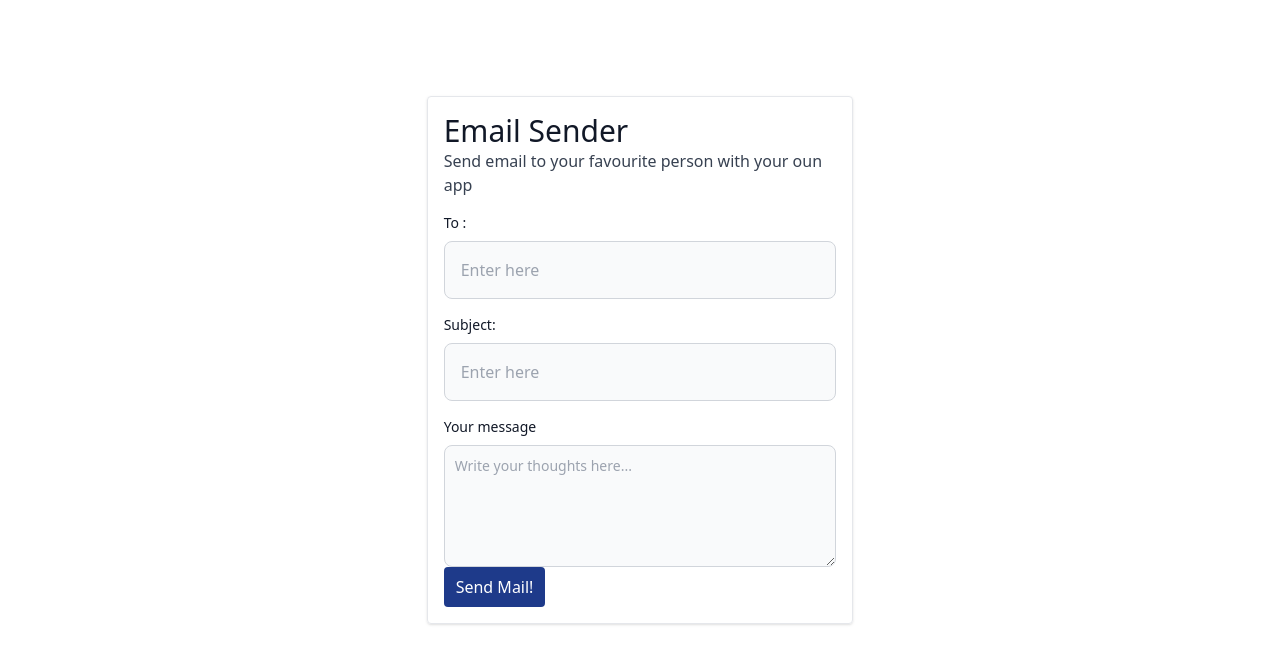
Repository: vikas-1234/EmailReactProject
Page: / (app in email-sender/)
These files come from the project's save history. The page is drawn as it stood at one moment and after the next save; the edit follows.
The browser window is 1280 px wide. The pictures show the whole page.
The project was rebuilt for these pictures with package versions that can differ from the ones it lists, and the page was loaded fresh each time. Also part of the build but not shown: email-sender/vite.config.js, email-sender/src/App.css.

Above is the page before, as saved 2024-04-20 15:07:32.

### email-sender/src/App.jsx

import './App.css'
import EmailSender from './components/EmailSender'

function App() {


  return (
    <>
      <EmailSender/>
    </>
  )
}

export default App

### email-sender/src/components/EmailSender.jsx

function EmailSender() {
  return (
    /* The code `<div>EmailSender</div>` is creating a JSX element in React. It is rendering a `<div>`
    element with the text content "EmailSender" inside it. This JSX element will be displayed as a
    div with the text "EmailSender" when the `EmailSender` component is rendered. */
    // <div>EmailSender</div>
    <div className="w-full min-h-screen flex justify-center items-center">



<div className="email_card w-1/3 p-4 border rounded shadow">
<h1 className="text-gray-900 text-3xl">Email Sender</h1>
<p className="text-gray-700"> Send email to your favourite person with your oun app  </p>

<form action="">

{/* To Section */}

<div className="input_field mt-4">
<label for="large-input" class="block mb-2 text-sm font-medium text-gray-900 dark:text-white" >To :</label>
<input type="text" placeholder="Enter here" id="large-input" class="block w-full p-4 text-gray-900 border border-gray-300 rounded-lg bg-gray-50 text-base focus:ring-blue-500 focus:border-blue-500 dark:bg-gray-700 dark:border-gray-600 dark:placeholder-gray-400 dark:text-white dark:focus:ring-blue-500 dark:focus:border-blue-500"></input>
</div>
{/* To Subject */}

<div className="input_field mt-4">
<label for="large-input" class="block mb-2 text-sm font-medium text-gray-900 dark:text-white" >Subject:</label>
<input type="text" placeholder="Enter here" id="large-input" class="block w-full p-4 text-gray-900 border border-gray-300 rounded-lg bg-gray-50 text-base focus:ring-blue-500 focus:border-blue-500 dark:bg-gray-700 dark:border-gray-600 dark:placeholder-gray-400 dark:text-white dark:focus:ring-blue-500 dark:focus:border-blue-500"></input>
</div>

{/* Message Section */}

<div className="form_field mt-4">
<label for="message" class="block mb-2 text-sm font-medium text-gray-900 dark:text-white">Your message</label>
<textarea id="message" rows="5" class="block p-2.5 w-full text-sm text-gray-900 bg-gray-50 rounded-lg border border-gray-300 focus:ring-blue-500 focus:border-blue-500 dark:bg-gray-700 dark:border-gray-600 dark:placeholder-gray-400 dark:text-white dark:focus:ring-blue-500 dark:focus:border-blue-500" placeholder="Write your thoughts here..."></textarea>

</div>

<div className="button_container">
<button className="bg-blue-900 text-white hover:bg-blue-700 px-3 py-2 rounded">Send Mail!</button>

</div>








</form>









    </div>
    </div>

  )
}

export default EmailSender;

### email-sender/tailwind.config.js
/** @type {import('tailwindcss').Config} */
export default {
  content: ["./index.html",
  "./src/**/*.{js,ts,jsx,tsx}",],
  theme: {
    extend: {},
  },
  plugins: [],
  darkMode:'selector',
}

Loaded but not shown: email-sender/index.html (common file); email-sender/src/main.jsx (common file); email-sender/src/index.css (common file)

After the next save:
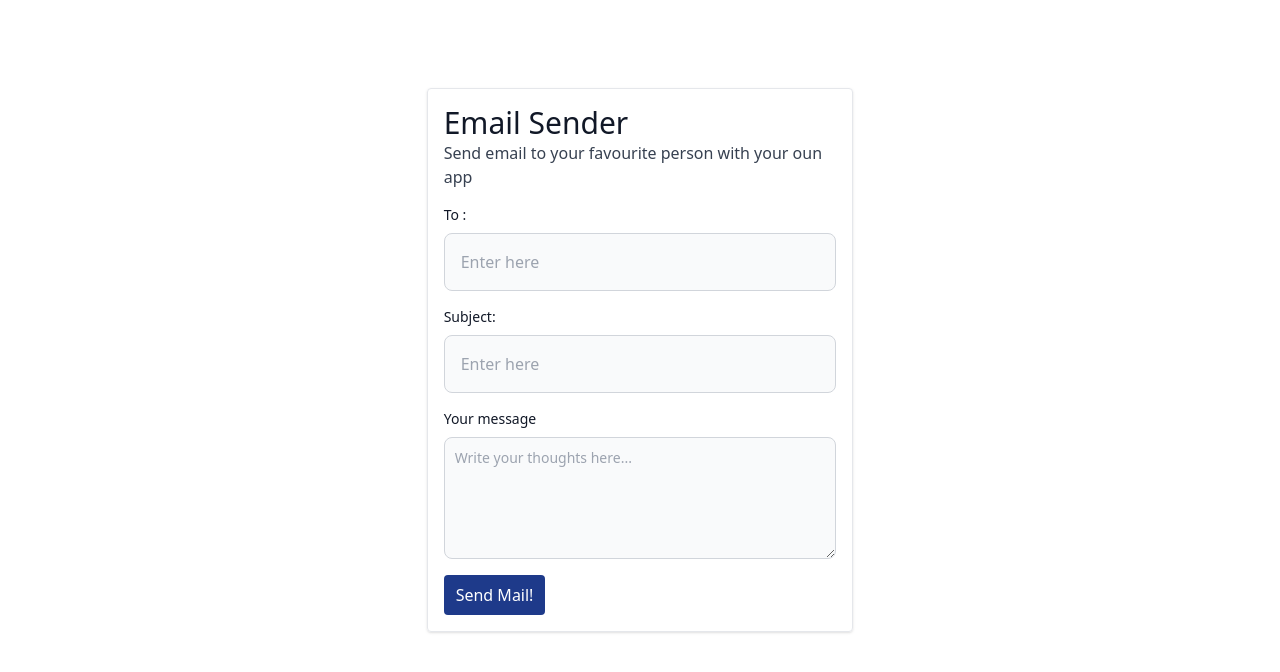
Saved 21 s later.
--- a/email-sender/src/components/EmailSender.jsx
+++ b/email-sender/src/components/EmailSender.jsx
@@ -36,7 +36,7 @@ function EmailSender() {
 
 </div>
 
-<div className="button_container">
+<div className="button_container mt-4">
 <button className="bg-blue-900 text-white hover:bg-blue-700 px-3 py-2 rounded">Send Mail!</button>
 
 </div>
